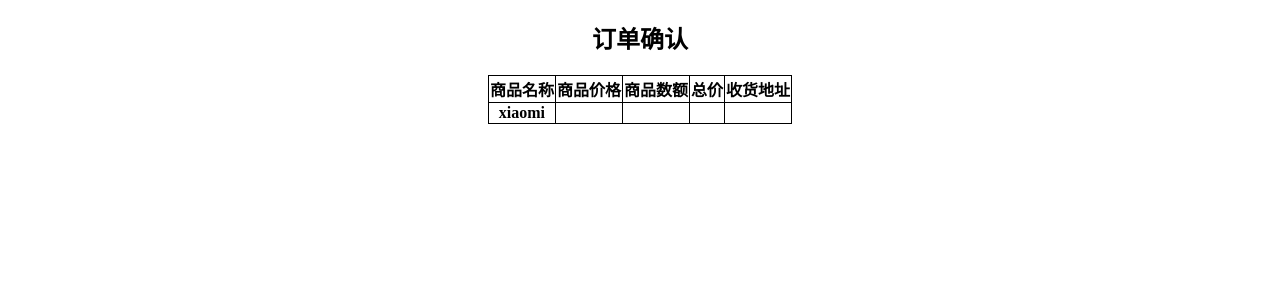
Repository: kairynx/js-
Page: 案例1渲染表格.html
These files come from the project's save history. The page is drawn as it stood at one moment and after a run of saves; the edit follows.
The browser window is 1280 px wide. The pictures show the whole page.

Above is the page before, as saved 2026-03-08 21:11:27.

After the next 4 saves:
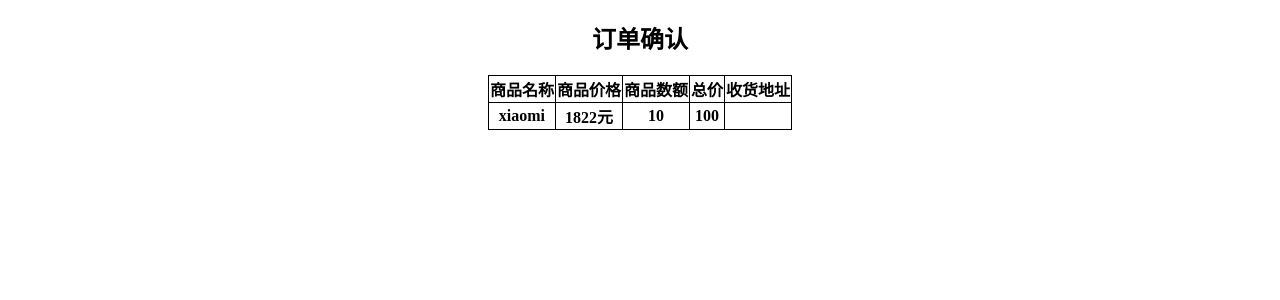
The 4 saves are shown as one change because they came seconds apart.
The last was saved 11 s later.
--- a/案例1渲染表格.html
+++ b/案例1渲染表格.html
@@ -33,9 +33,9 @@
         </tr>
         <tr>
             <th>xiaomi</th>
-            <th></th>
-            <th></th>
-            <th></th>
+            <th>1822元</th>
+            <th>10</th>
+            <th>100</th>
             <th></th>
         </tr>
      </table>
